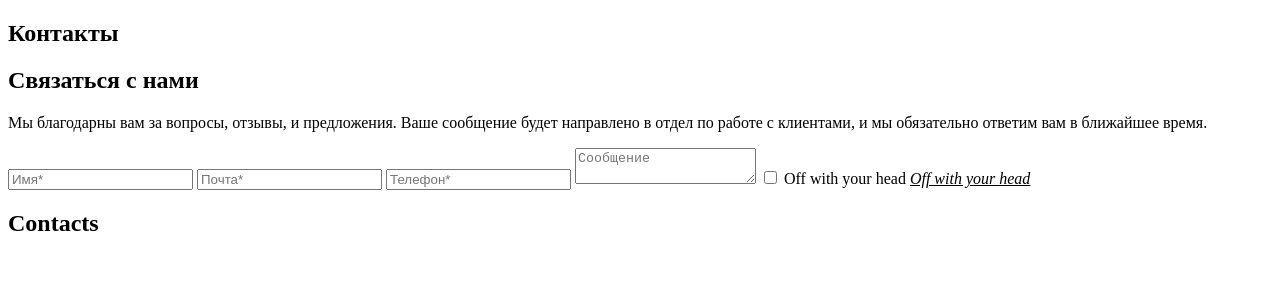
Repository: Azimich/Cleaning_
Page: src/pages/MainPage/contacts/contacts.html
These files come from the project's save history. The page is drawn as it stood at one moment and after the next save; the edit follows.
The browser window is 1280 px wide. The pictures show the whole page.

Above is the page before, as saved 2022-10-12 19:03:30.

After the next save:
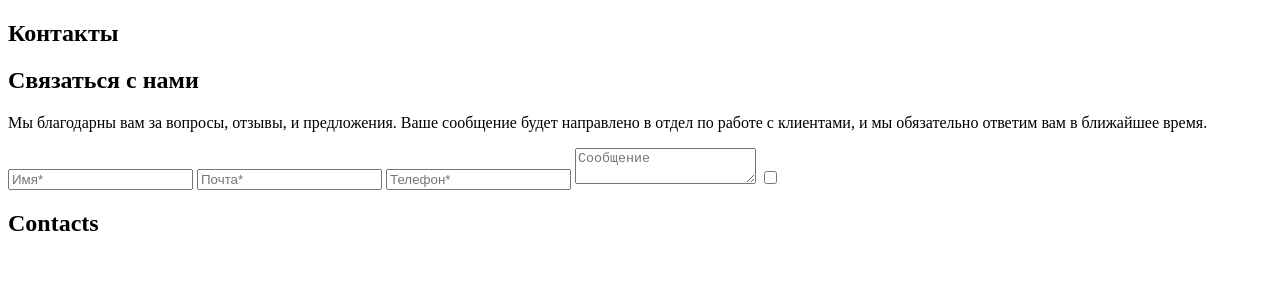
Saved 7 s later.
--- a/src/pages/MainPage/contacts/contacts.html
+++ b/src/pages/MainPage/contacts/contacts.html
@@ -19,11 +19,7 @@
             <input type="tel" name="tel" placeholder="Телефон*">
             <textarea name="" id="" placeholder="Сообщение"></textarea>
             <input id="one" type="checkbox" />
-            <label for="one">
-              <span></span>
-              Off with your head
-              <ins><i>Off with your head</i></ins>
-            </label>
+
           </form>
         </div>
         <div class="contacts__maps"></div>
